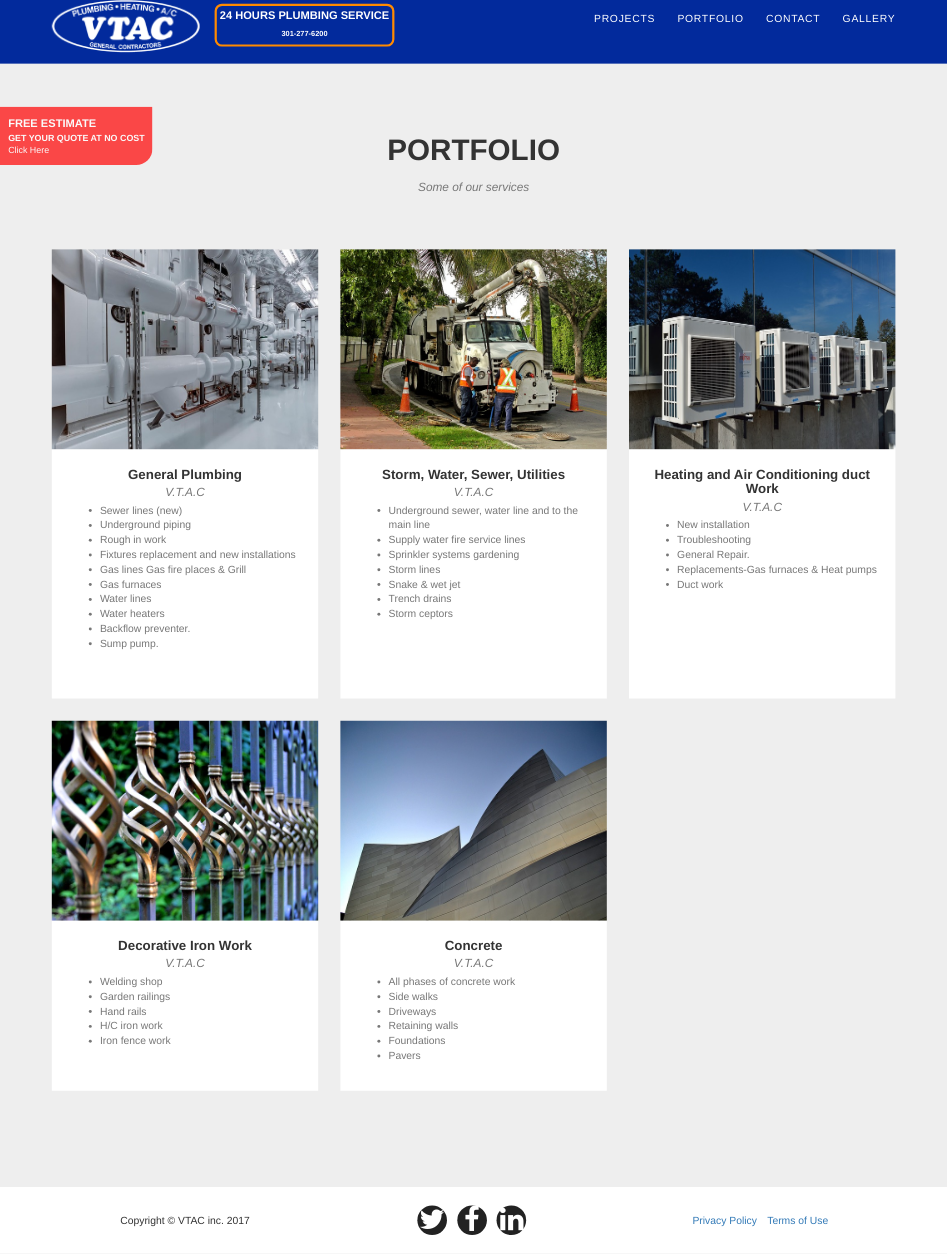
Repository: danidark9312/vtac
Page: http://localhost/vtac/portfolio.jsp
These files come from the project's save history. The page is drawn as it stood at one moment and after the next save; the edit follows.
The browser window is 1280 px wide. The pictures show the whole page, at 74% of full size.
Some web fonts or font styles are not loaded; a fallback is used. The page is served by Tomcat 9. Other server files are loaded and not shown.

Above is the page before, as saved 2017-01-27 15:57:49.

### vtac/WebContent/portfolio.jsp
<%@ page language="java" contentType="text/html; charset=ISO-8859-1"
    pageEncoding="ISO-8859-1"%>
<!DOCTYPE html PUBLIC "-//W3C//DTD HTML 4.01 Transitional//EN" "http://www.w3.org/TR/html4/loose.dtd">
<html lang="en">

<head>

    <meta http-equiv="X-UA-Compatible" content="IE=edge">
    <meta name="viewport" content="width=device-width, initial-scale=1">
    <meta name="description" content="">
    <meta name="author" content="">

    <title>V.T.A.C</title>

    <!-- Bootstrap Core CSS -->
    <link href="vendor/bootstrap/css/bootstrap.min.css" rel="stylesheet">
    <link href="css/common.css" rel="stylesheet">

    <!-- Custom Fonts -->

    <link href="css/fonts/awesomeFont.css" rel="stylesheet" type="text/css">
    <link href="vendor/font-awesome/css/font-awesome.min.css" rel="stylesheet" type="text/css">



    <link href='css/portfolio.css' rel='stylesheet' type='text/css'>

    <style>

    .img-responsive.services{
    	width: 100%;
    	height: 270px;
    	margin: 0 auto;
    	max-width: 400px;
    }

    </style>


    <!-- Theme CSS -->
    <link href="css/agency.min.css" rel="stylesheet">

    <link href="css/timeline.css" rel="stylesheet">

    <!-- HTML5 Shim and Respond.js IE8 support of HTML5 elements and media queries -->
    <!-- WARNING: Respond.js doesn't work if you view the page via file:// -->
    <!--[if lt IE 9]>
        <script src="https://oss.maxcdn.com/libs/html5shiv/3.7.0/html5shiv.js"></script>
        <script src="https://oss.maxcdn.com/libs/respond.js/1.4.2/respond.min.js"></script>
    <![endif]-->

	<style>
		img.img-circle.img-responsive{
		height: 156px;
		}
	</style>


</head>

<body id="page-top" class="index">

<%@include file="include/freeEstimate.jsp" %>

    <!-- Navigation -->

    <%@include file="navbar.jsp" %>

    <!-- Header -->




    <!-- About Section -->

    <section id="portfolio" class="bg-light-gray">
        <div class="container">
            <div class="row">
                <div class="col-lg-12 text-center">
                    <h2 class="section-heading">Portfolio</h2>
                    <h3 class="section-subheading text-muted">Some of our services</h3>
                </div>
            </div>
            <div class="row">
                <div class="col-md-4 col-sm-6 portfolio-item">
                        <img src="img/services/plumbing.jpg" class="img-responsive services" alt="">

                    <div class="portfolio-caption">
                        <h4>General Plumbing</h4>
                        <p class="text-muted">V.T.A.C</p>
					<div class="portfolio-info">
						<ul>
							<li>Sewer lines (new)</li>
							<li>Underground piping</li>
							<li>Rough in work</li>
							<li>Fixtures replacement and new installations</li>
							<li>Gas lines Gas fire places &amp; Grill</li>
							<li>Gas furnaces</li>
							<li>Water lines</li>
							<li>Water heaters</li>
							<li>Backflow preventer.</li>
							<li>Sump pump.</li>
						</ul>
					</div>
				</div>

                </div>
                <div class="col-md-4 col-sm-6 portfolio-item">
                        <img src="img/services/sewer.jpg" class="img-responsive services" alt="">

                    <div class="portfolio-caption">
                        <h4>Storm, Water, Sewer, Utilities</h4>
                        <p class="text-muted">V.T.A.C</p>
                        <div class="portfolio-info">
						<ul>
							<li>Underground sewer, water line and to the main line</li>
							<li>Supply water fire service lines</li>
							<li>Sprinkler systems gardening</li>
							<li>Storm lines</li>
							<li>Snake & wet jet</li>
							<li>Trench drains</li>
							<li>Storm ceptors</li>
						</ul>
					</div>
                    </div>
                    </div>

                <div class="col-md-4 col-sm-6 portfolio-item">


                        <img src="img/services/airConditioner.jpg" class="img-responsive services" alt="">

                    <div class="portfolio-caption">
                        <h4>Heating and Air Conditioning duct Work</h4>
                        <p class="text-muted">V.T.A.C</p>
                        <div class="portfolio-info">
						<ul>
							<li>New installation</li>
							<li>Troubleshooting</li>
							<li>General Repair.</li>
							<li>Replacements-Gas furnaces &amp; Heat pumps</li>
							<li>Duct work</li>
						</ul>
					</div>
                    </div>
                </div>
                <div class="col-md-4 col-sm-6 portfolio-item">


                        <img src="img/services/iron-gate.jpg" class="img-responsive services" alt="">

                    <div class="portfolio-caption smallText">
                        <h4>Decorative Iron Work</h4>
                        <p class="text-muted">V.T.A.C</p>
					<div class="portfolio-info">
						<ul>
							<li>Welding shop</li>
							<li>Garden railings</li>
							<li>Hand rails</li>
							<li>H/C iron work</li>
							<li>Iron fence work</li>
						</ul>
					</div>
				</div>
                </div>
                <div class="col-md-4 col-sm-6 portfolio-item">


                        <img src="img/services/concrete-wall.jpg" class="img-responsive services" alt="">

                    <div class="portfolio-caption smallText">
                        <h4>Concrete</h4>
                        <p class="text-muted">V.T.A.C</p>
					<div class="portfolio-info">
						<ul>
							<li>All phases of concrete work</li>
							<li>Side walks</li>
							<li>Driveways</li>
							<li>Retaining walls</li>
							<li>Foundations</li>
							<li>Pavers</li>
						</ul>
					</div>
				</div>
                </div>
            </div>
        </div>
    </section>







        <%@include file="footer.jsp"%>


    <!-- Portfolio Modals -->
    <!-- Use the modals below to showcase details about your portfolio projects! -->

    <!-- Portfolio Plumbing -->
    <div class="portfolio-modal modal fade" id="portfolioModal1" tabindex="-1" role="dialog" aria-hidden="true">
        <div class="modal-dialog modal-sm">
            <div class="modal-content">
                <div class="close-modal" data-dismiss="modal">
                    <div class="lr">
                        <div class="rl">
                        </div>
                    </div>
                </div>
                <div class="container">
                    <div class="row">
                        <div class="col-lg-8 col-lg-offset-2">
                            <div class="modal-body">
                                <!-- Project Details Go Here -->
                                <h2>General plumbing</h2>
                                <p class="item-intro text-muted">V.T.A.C.</p>
                                <img class="img-responsive img-centered" src="img/services/Rainy_Season.png" alt="">

								<ul>
									<li>Sewer lines (new)</li>
									<li>Underground piping</li>
									<li>Rough in work</li>
									<li>Fixtures replacement and new installations</li>
									<li>Gas lines Gas fire places &amp; Grill</li>
									<li>Gas furnaces</li>
									<li>Water lines</li>
									<li>Water heaters</li>
									<li>Backflow preventer.</li>
									<li>Sump pump.</li>
								</ul>
								<button type="button" class="btn btn-primary" data-dismiss="modal"><i class="fa fa-times"></i> Close Project</button>
                            </div>
                        </div>
                    </div>
                </div>
            </div>
        </div>
    </div>

    <!-- Portfolio Modal 2 -->
    <div class="portfolio-modal modal fade" id="portfolioModal2" tabindex="-1" role="dialog" aria-hidden="true">
        <div class="modal-dialog">
            <div class="modal-content">
                <div class="close-modal" data-dismiss="modal">
                    <div class="lr">
                        <div class="rl">
                        </div>
                    </div>
                </div>
                <div class="container">
                    <div class="row">
                        <div class="col-lg-8 col-lg-offset-2">
                            <div class="modal-body">
                                <h2>Project Heading</h2>
                                <p class="item-intro text-muted">Lorem ipsum dolor sit amet consectetur.</p>
                                <img class="img-responsive img-centered" src="img/portfolio/startup-framework-preview.png" alt="">
                                <p><a href="http://designmodo.com/startup/?u=787">Startup Framework</a> is a website builder for professionals. Startup Framework contains components and complex blocks (PSD+HTML Bootstrap themes and templates) which can easily be integrated into almost any design. All of these components are made in the same style, and can easily be integrated into projects, allowing you to create hundreds of solutions for your future projects.</p>
                                <p>You can preview Startup Framework <a href="http://designmodo.com/startup/?u=787">here</a>.</p>
                                <button type="button" class="btn btn-primary" data-dismiss="modal"><i class="fa fa-times"></i> Close Project</button>
                            </div>
                        </div>
                    </div>
                </div>
            </div>
        </div>
    </div>

    <!-- Portfolio Modal 3 -->
    <div class="portfolio-modal modal fade" id="portfolioModal3" tabindex="-1" role="dialog" aria-hidden="true">
        <div class="modal-dialog">
            <div class="modal-content">
                <div class="close-modal" data-dismiss="modal">
                    <div class="lr">
                        <div class="rl">
                        </div>
                    </div>
                </div>
                <div class="container">
                    <div class="row">
                        <div class="col-lg-8 col-lg-offset-2">
                            <div class="modal-body">
                                <!-- Project Details Go Here -->
                                <h2>Project Name</h2>
                                <p class="item-intro text-muted">Lorem ipsum dolor sit amet consectetur.</p>
                                <img class="img-responsive img-centered" src="img/portfolio/treehouse-preview.png" alt="">
                                <p>Treehouse is a free PSD web template built by <a href="https://www.behance.net/MathavanJaya">Mathavan Jaya</a>. This is bright and spacious design perfect for people or startup companies looking to showcase their apps or other projects.</p>
                                <p>You can download the PSD template in this portfolio sample item at <a href="http://freebiesxpress.com/gallery/treehouse-free-psd-web-template/">FreebiesXpress.com</a>.</p>
                                <button type="button" class="btn btn-primary" data-dismiss="modal"><i class="fa fa-times"></i> Close Project</button>
                            </div>
                        </div>
                    </div>
                </div>
            </div>
        </div>
    </div>

    <!-- Portfolio Modal 4 -->
    <div class="portfolio-modal modal fade" id="portfolioModal4" tabindex="-1" role="dialog" aria-hidden="true">
        <div class="modal-dialog">
            <div class="modal-content">
                <div class="close-modal" data-dismiss="modal">
                    <div class="lr">
                        <div class="rl">
                        </div>
                    </div>
                </div>
                <div class="container">
                    <div class="row">
                        <div class="col-lg-8 col-lg-offset-2">
                            <div class="modal-body">
                                <!-- Project Details Go Here -->
                                <h2>Project Name</h2>
                                <p class="item-intro text-muted">Lorem ipsum dolor sit amet consectetur.</p>
                                <img class="img-responsive img-centered" src="img/portfolio/golden-preview.png" alt="">
                                <p>Start Bootstrap's Agency theme is based on Golden, a free PSD website template built by <a href="https://www.behance.net/MathavanJaya">Mathavan Jaya</a>. Golden is a modern and clean one page web template that was made exclusively for Best PSD Freebies. This template has a great portfolio, timeline, and meet your team sections that can be easily modified to fit your needs.</p>
                                <p>You can download the PSD template in this portfolio sample item at <a href="http://freebiesxpress.com/gallery/golden-free-one-page-web-template/">FreebiesXpress.com</a>.</p>
                                <button type="button" class="btn btn-primary" data-dismiss="modal"><i class="fa fa-times"></i> Close Project</button>
                            </div>
                        </div>
                    </div>
                </div>
            </div>
        </div>
    </div>

    <!-- Portfolio Modal 5 -->
    <div class="portfolio-modal modal fade" id="portfolioModal5" tabindex="-1" role="dialog" aria-hidden="true">
        <div class="modal-dialog">
            <div class="modal-content">
                <div class="close-modal" data-dismiss="modal">
                    <div class="lr">
                        <div class="rl">
                        </div>
                    </div>
                </div>
                <div class="container">
                    <div class="row">
                        <div class="col-lg-8 col-lg-offset-2">
                            <div class="modal-body">
                                <!-- Project Details Go Here -->
                                <h2>Project Name</h2>
                                <p class="item-intro text-muted">Lorem ipsum dolor sit amet consectetur.</p>
                                <img class="img-responsive img-centered" src="img/portfolio/escape-preview.png" alt="">
                                <p>Escape is a free PSD web template built by <a href="https://www.behance.net/MathavanJaya">Mathavan Jaya</a>. Escape is a one page web template that was designed with agencies in mind. This template is ideal for those looking for a simple one page solution to describe your business and offer your services.</p>
                                <p>You can download the PSD template in this portfolio sample item at <a href="http://freebiesxpress.com/gallery/escape-one-page-psd-web-template/">FreebiesXpress.com</a>.</p>
                                <button type="button" class="btn btn-primary" data-dismiss="modal"><i class="fa fa-times"></i> Close Project</button>
                            </div>
                        </div>
                    </div>
                </div>
            </div>
        </div>
    </div>

    <!-- Portfolio Modal 6 -->
    <div class="portfolio-modal modal fade" id="portfolioModal6" tabindex="-1" role="dialog" aria-hidden="true">
        <div class="modal-dialog">
            <div class="modal-content">
                <div class="close-modal" data-dismiss="modal">
                    <div class="lr">
                        <div class="rl">
                        </div>
                    </div>
                </div>
                <div class="container">
                    <div class="row">
                        <div class="col-lg-8 col-lg-offset-2">
                            <div class="modal-body">
                                <!-- Project Details Go Here -->
                                <h2>Project Name</h2>
                                <p class="item-intro text-muted">Lorem ipsum dolor sit amet consectetur.</p>
                                <img class="img-responsive img-centered" src="img/portfolio/dreams-preview.png" alt="">
                                <p>Dreams is a free PSD web template built by <a href="https://www.behance.net/MathavanJaya">Mathavan Jaya</a>. Dreams is a modern one page web template designed for almost any purpose. It’s a beautiful template that’s designed with the Bootstrap framework in mind.</p>
                                <p>You can download the PSD template in this portfolio sample item at <a href="http://freebiesxpress.com/gallery/dreams-free-one-page-web-template/">FreebiesXpress.com</a>.</p>
                                <button type="button" class="btn btn-primary" data-dismiss="modal"><i class="fa fa-times"></i> Close Project</button>
                            </div>
                        </div>
                    </div>
                </div>
            </div>
        </div>
    </div>

    <!-- jQuery -->
    <script src="vendor/jquery/jquery.min.js"></script>


    <script src="js/about.js"></script>

    <!-- Bootstrap Core JavaScript -->
    <script src="vendor/bootstrap/js/bootstrap.min.js"></script>

    <!-- Plugin JavaScript -->
    <script src="https://cdnjs.cloudflare.com/ajax/libs/jquery-easing/1.3/jquery.easing.min.js"></script>

    <!-- Contact Form JavaScript -->
    <script src="js/jqBootstrapValidation.js"></script>
    <script src="js/contact_me.js"></script>

    <!-- Theme JavaScript -->
    <script src="js/agency.min.js"></script>

</body>

</html>

### vtac/WebContent/include/freeEstimate.jsp
<div class="freeEstimatOffer" onclick="location.href='contact.jsp'">
	<h2>Free Estimate</h2>
	<h4>Get your quote at no cost</h4>
	<a href="contact.jsp" style="color:white">Click Here</a>
</div>

### vtac/WebContent/footer.jsp
<footer>
<div class="container">
            <div class="row">
                <div class="col-md-4">
                    <span class="copyright">Copyright &copy; VTAC inc. 2017</span>
                </div>
                <div class="col-md-4">
                    <ul class="list-inline social-buttons">
                        <li><a href="#"><i class="fa fa-twitter"></i></a>
                        </li>
                        <li><a href="https://www.facebook.com/VTAC-Plumbing-HVAC-Utility-Contractor-122173147797883"><i class="fa fa-facebook"></i></a>
                        </li>
                        <li><a href="#"><i class="fa fa-linkedin"></i></a>
                        </li>
                    </ul>
                </div>
                <div class="col-md-4">
                    <ul class="list-inline quicklinks">
                        <li><a href="#">Privacy Policy</a>
                        </li>
                        <li><a href="#">Terms of Use</a>
                        </li>
                    </ul>
                </div>
            </div>
        </div>
        </footer>

### vtac/WebContent/css/common.css
@CHARSET "ISO-8859-1";


.freeEstimatOffer{
	position: fixed;
    bottom: 0px;
    padding: 8px;
    background-color: red;
    color: white;
    z-index: 40;
    border-bottom-right-radius: 0px;
    border-top-right-radius: 22px;
    border: solid 3px rgba(0, 0, 0, 0);
    -webkit-transition: all .5s;
    opacity: 0.7;


}
.freeEstimatOffer:hover{
	    cursor: pointer;
	    border: solid 3px rgb(0, 0, 0);

}

.freeEstimatOffer h2{
	 margin: 4px 0;
	 font-size: 15px;

}

.freeEstimatOffer h4{
	 margin: 2px 0;
	 font-size: 12px;

}
.freeEstimatOffer a{
	colo:white;
	font-size: 12px;

}



@media (min-width:820px){
.freeEstimatOffer{
	position: fixed;
    top: 20%;
    bottom: initial;
    padding: 8px;
    background-color: red;
    color: white;
    z-index: 40;
    border-bottom-right-radius: 22px;
    border-top-right-radius: 0px;
    border: solid 3px rgba(0, 0, 0, 0);
    -webkit-transition: all .5s;
}
.freeEstimatOffer:hover{
	    cursor: pointer;
	    border: solid 3px rgb(0, 0, 0);
}

.freeEstimatOffer h2{
	 margin: 4px 0;

}

.freeEstimatOffer h4{
	 margin: 2px 0;

}
.freeEstimatOffer a{
	colo:white;

}
}

### vtac/WebContent/css/portfolio.css
@CHARSET "ISO-8859-1";

.modal-body img.img-responsive.img-centered{
	width: 280px;

}

.portfolio-caption .portfolio-info ul{
	text-align: left;
	color :#777;

}
.portfolio-caption{
	min-height: 337px;
}

.portfolio-caption.smallText{
	min-height: 230px;
}

### vtac/WebContent/css/timeline.css
@CHARSET "ISO-8859-1";

.moreEvents{
	text-align: center;
    border-radius: 45px;
    font-size: 25px;
    font-family: serif;
    width: 76px;
    padding-bottom: 16px;
    background-color: #f1f1f1;
    margin: 0px 0px;
	border: solid 5px #f1f1f1;

}

.moreEvents:hover{
	border: solid 5px #2149da;
	cursor: pointer;
}

.hiddenEvent{
	display: none;
}

@media (min-width: 768px){
.moreEvents {
    margin: 0px auto;
	font-size: 52px;
	width: 140px;
}
}


.timeline li.yearHeader{
    min-height: 40px;
    margin: 30px;
    text-align: center;
    font-size: 50px;
    background-color: #304a91;
    color: white;
    border-radius: 13px;
    text-align: left;
    padding-left: 15px;
    cursor:pointer;
    -webkit-transition: all .3s;

}
.timeline li.yearHeader:hover{
    background-color: #495b8d;
	font-size: 55px;
}

.yearHeader i{
	font-size: 1em;
	float: right;
    padding: 10px;
}

Loaded but not shown: vtac/WebContent/css/fonts/awesomeFont.css (library); vtac/WebContent/css/agency.min.css (library); vtac/WebContent/js/agency.min.js (common file); vtac/WebContent/js/jqBootstrapValidation.js (912 lines, source omitted); vtac/WebContent/js/contact_me.js (69 lines, source omitted); vtac/WebContent/js/about.js (25 lines, source omitted); vtac/WebContent/navbar.jsp (52 lines, source omitted)

After the next save:
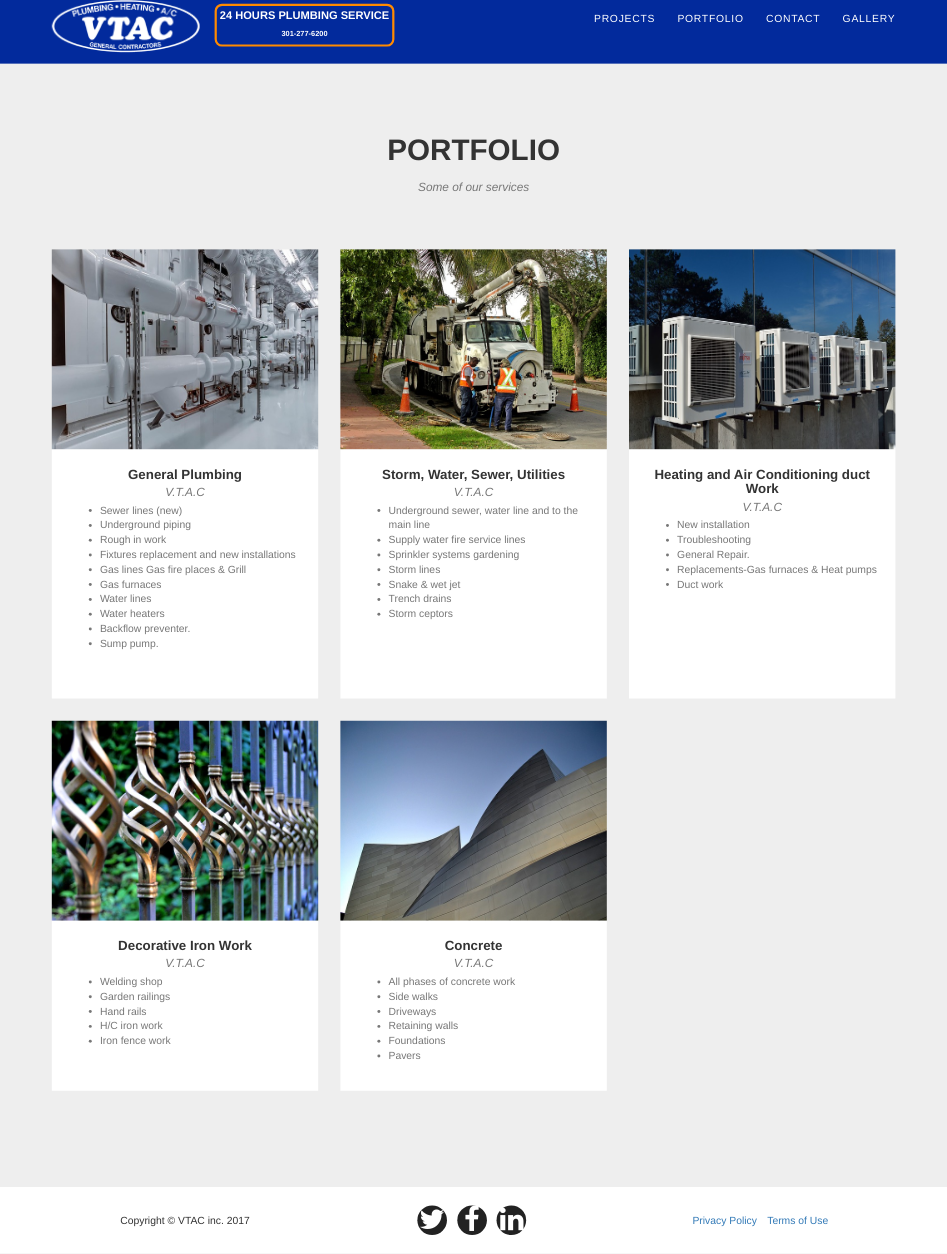
Saved 103 s later.
--- a/vtac/WebContent/css/common.css
+++ b/vtac/WebContent/css/common.css
@@ -2,6 +2,7 @@
 
 
 .freeEstimatOffer{
+	display : none;
 	position: fixed;
     bottom: 0px;
     padding: 8px;
@@ -43,22 +44,14 @@
 
 @media (min-width:820px){
 .freeEstimatOffer{
-	position: fixed;
     top: 20%;
     bottom: initial;
-    padding: 8px;
-    background-color: red;
-    color: white;
-    z-index: 40;
     border-bottom-right-radius: 22px;
     border-top-right-radius: 0px;
     border: solid 3px rgba(0, 0, 0, 0);
     -webkit-transition: all .5s;
 }
-.freeEstimatOffer:hover{
-	    cursor: pointer;
-	    border: solid 3px rgb(0, 0, 0);
-}
+
 
 .freeEstimatOffer h2{
 	 margin: 4px 0;
